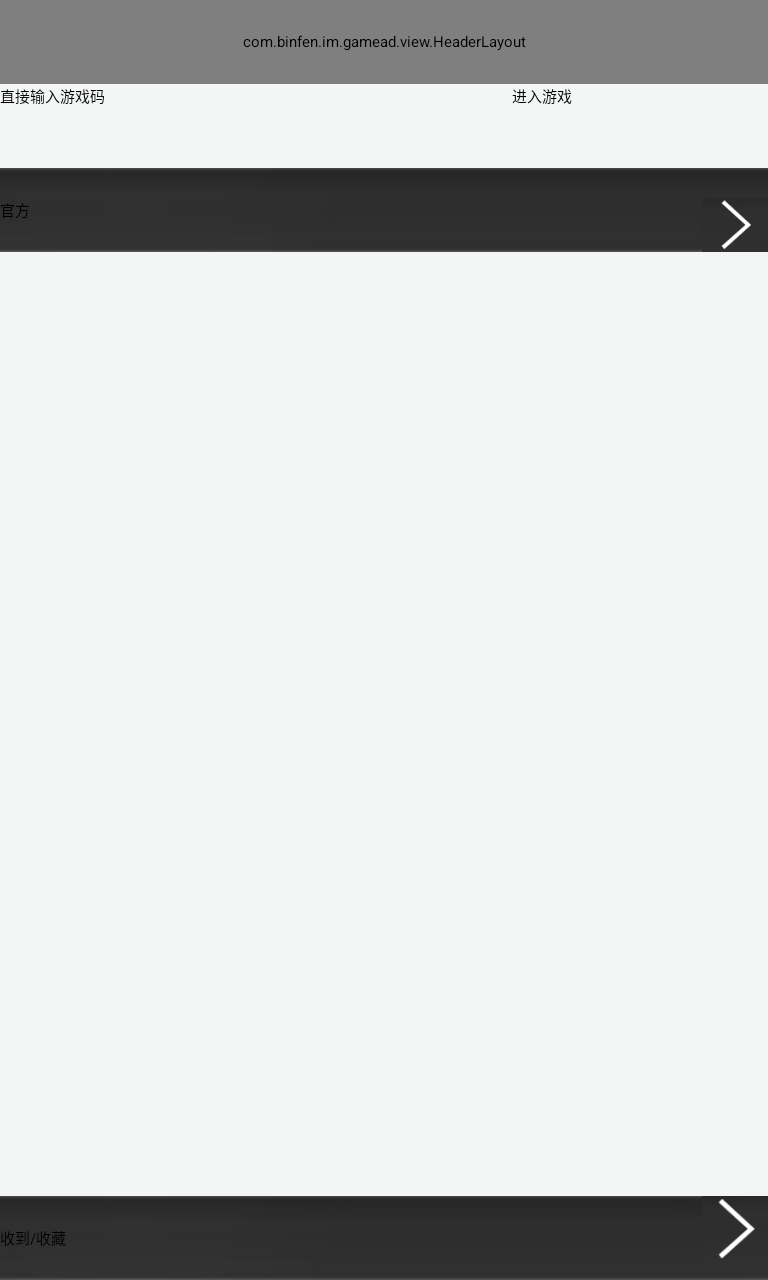
Repository: hosle/gad2
Layout: gamead_IM2/res/layout/xxh_gamelayout2.xml
These files come from the project's save history. The layout is drawn as it stood at one moment and after the next save; the edit follows.
Pictures or frames that could not be fetched are drawn as grey boxes. It is drawn on a 768 x 1280 px phone screen (xhdpi) without system bars, with theme AppTheme; the app's code is not run. Lists and similar views that code fills are empty. The app's manifest (not shown) leaves right-to-left support off. So textAlignment, textDirection and layoutDirection are ignored, and left and right values win over start and end ones.

Above is the layout before, as saved 2015-06-26 07:01:38.

After the next save:
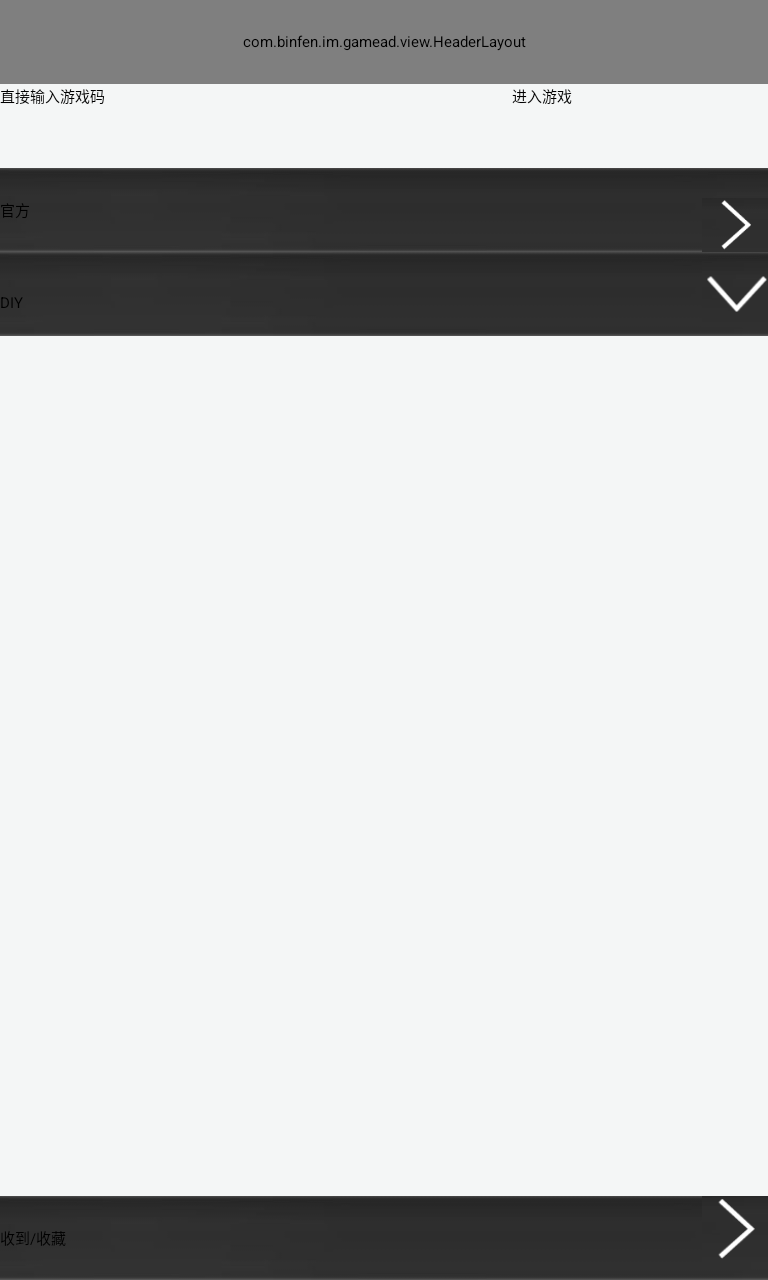
Saved 2 min 14 s later.
--- a/gamead_IM2/res/layout/xxh_gamelayout2.xml
+++ b/gamead_IM2/res/layout/xxh_gamelayout2.xml
@@ -14,7 +14,7 @@
 
     <LinearLayout
         android:layout_width="match_parent"
-        android:layout_height="84dp"
+        android:layout_height="wrap_content"
         android:layout_below="@+id/common_actionbar"
         android:orientation="vertical" >
          <LinearLayout
